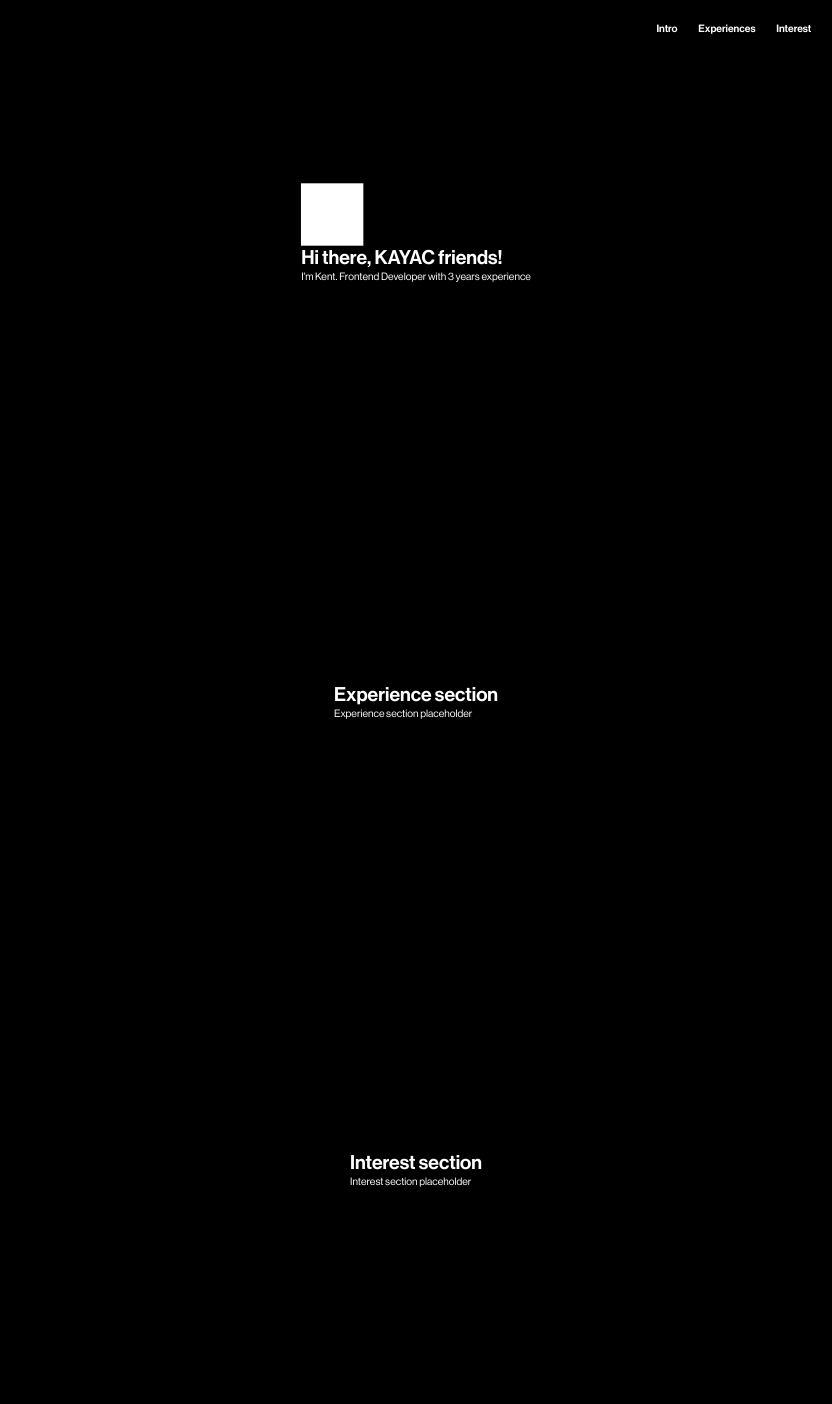
Repository: kentnathaniel/kayac-presentation
Page: /
These files come from the project's save history. The page is drawn as it stood at one moment and after the next save; the edit follows.
The browser window is 1280 px wide. The pictures show the whole page, at 65% of full size.
The project was rebuilt for these pictures with package versions that can differ from the ones it lists, and the page was loaded fresh each time. Also part of the build but not shown: vite.config.ts.

Above is the page before, as saved 2024-09-14 09:19:04.

After the next save:
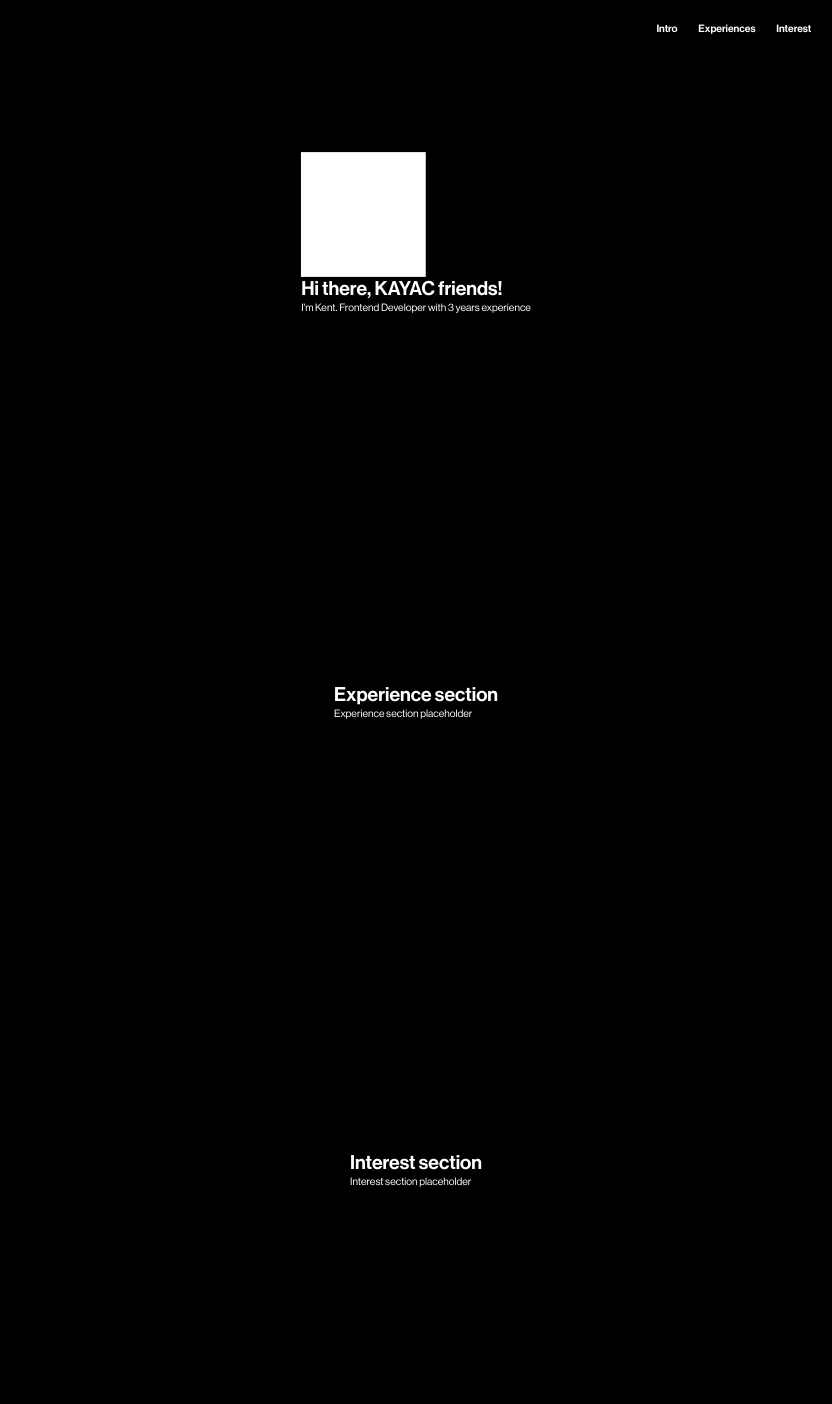
Saved 10 s later.
--- a/src/App.tsx
+++ b/src/App.tsx
@@ -10,7 +10,7 @@ function App() {
       </nav>
 
       <div className="flex flex-col justify-center mx-auto h-screen ">
-        <div className="bg-white w-24 h-24">
+        <div className="bg-white w-48 h-48">
           <SmartCat className="text-white" />
         </div>
         <h1 className="text-3xl text-left">Hi there, KAYAC friends!</h1>
